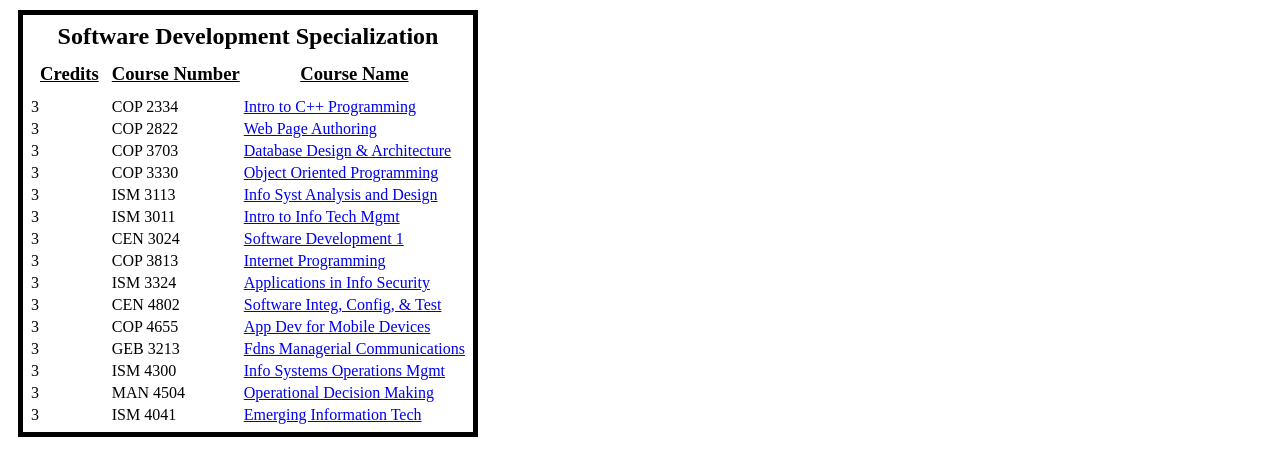
Repository: mlmEFSC21/P5-DegreeTableStyling
Page: FormattedProgramSpecialization1.html
The author's editor kept a copy of each file at every save. The page is drawn from the files as they stood at one save, then again after the next save.
The browser window is 1280 px wide. The pictures show the whole page.
Some web fonts or font styles are not loaded; a fallback is used.

Above is the page before, as saved 2022-02-07 16:12:34.

After the next save:
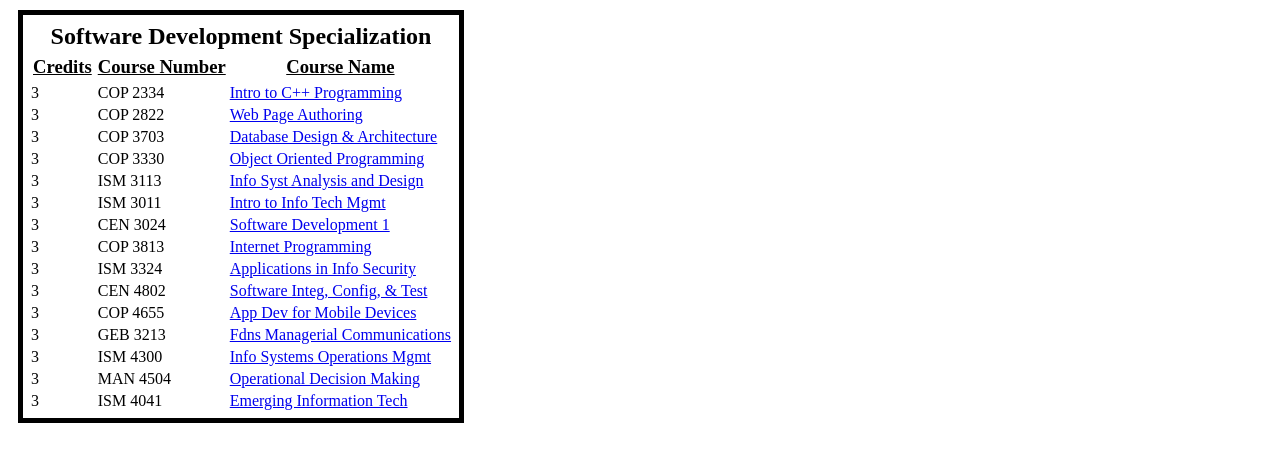
Saved 7 s later.
--- a/FormattedProgramSpecialization1.html
+++ b/FormattedProgramSpecialization1.html
@@ -21,7 +21,7 @@
                     </th>
                 </tr>
                 <tr style="font-size: 14pt; text-decoration: underline">
-                    <th style="padding: 10px">Credits</th>
+                    <th style="padding: 3px">Credits</th>
                     <th>Course Number</th>
                     <th>Course Name</th>
                 </tr>
